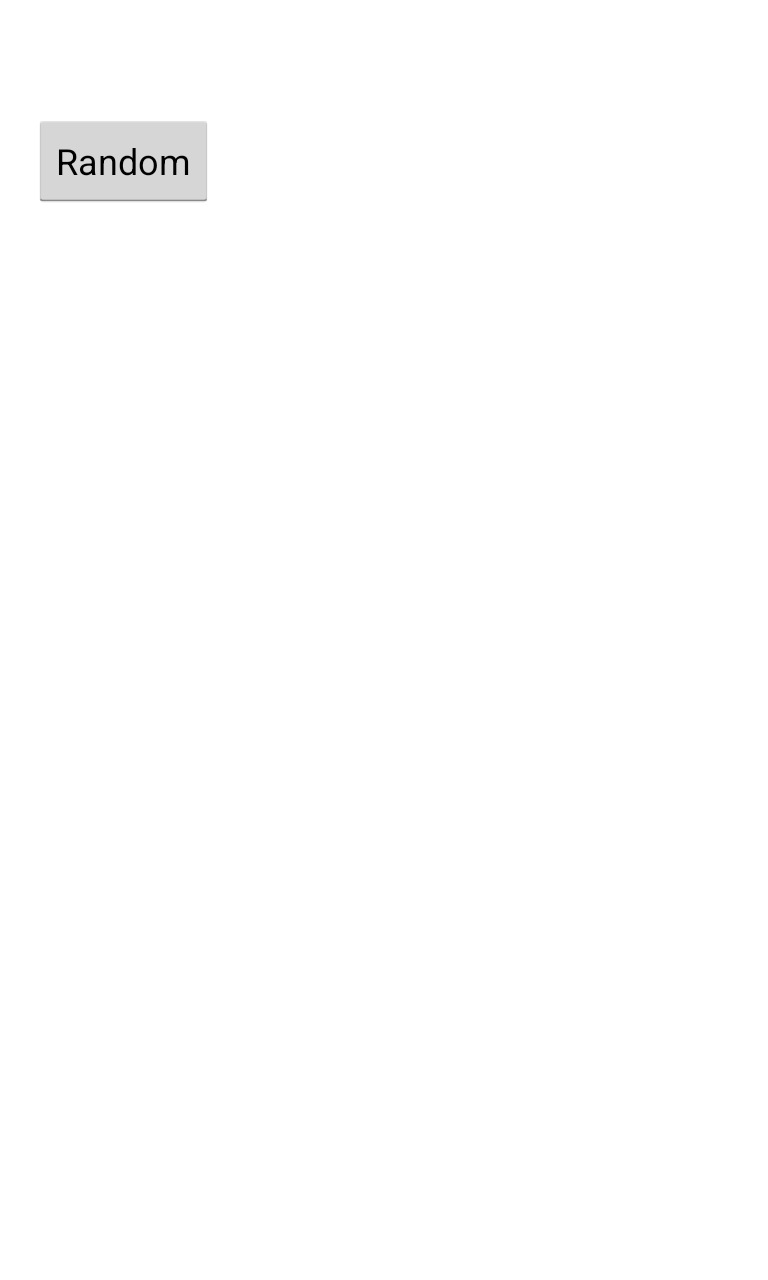
Repository: ek222mw/IDV436_API_Komponent
Layout: Labb1/res/layout/activity_main.xml
The author's editor kept a copy of each file at every save. The layout is drawn from the files as they stood at one save, then again after the next save.
It is drawn on a 768 x 1280 px phone screen (xhdpi) without system bars, with theme AppTheme; the app's code is not run.

Above is the layout before, as saved 2014-11-14 10:11:01.

After the next save:
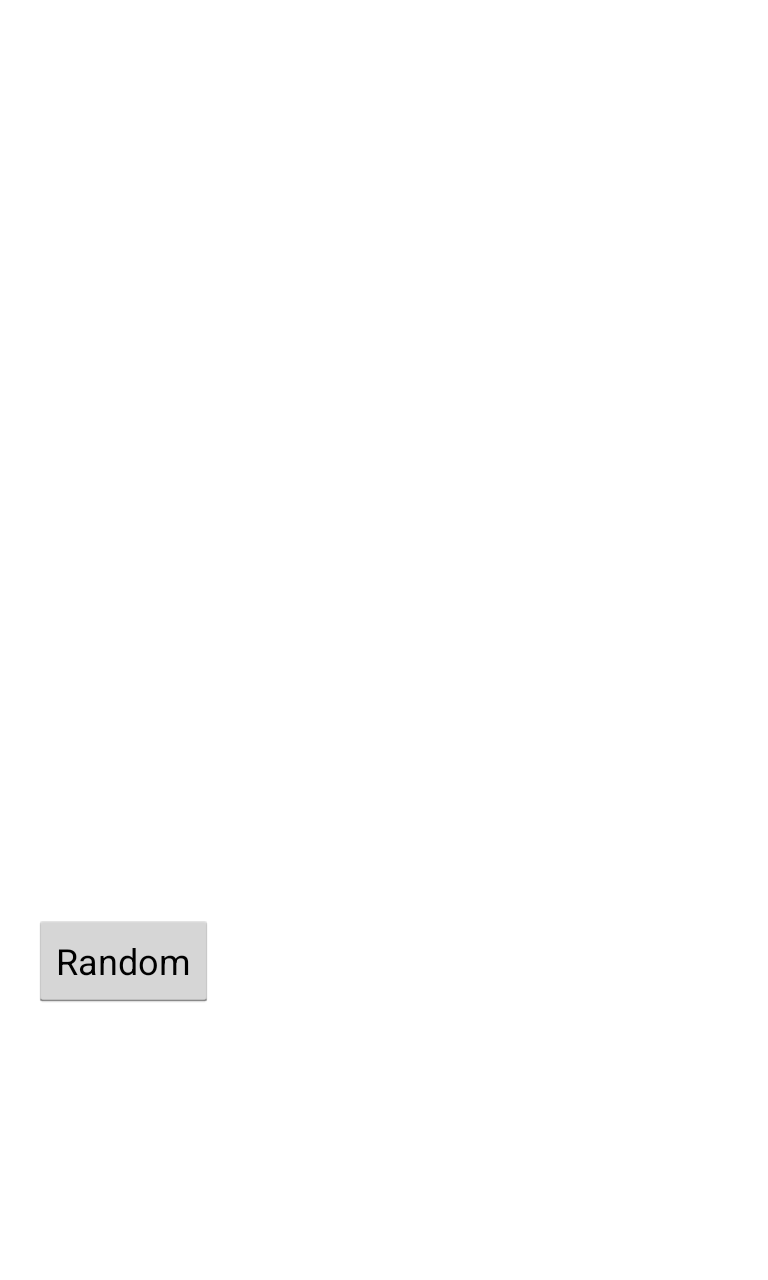
Saved 30 s later.
--- a/Labb1/res/layout/activity_main.xml
+++ b/Labb1/res/layout/activity_main.xml
@@ -26,6 +26,7 @@
         android:layout_height="wrap_content"
         android:text="@string/random"
       	android:layout_gravity="bottom"
+      	android:layout_marginTop="400dp"
         />
 
 
